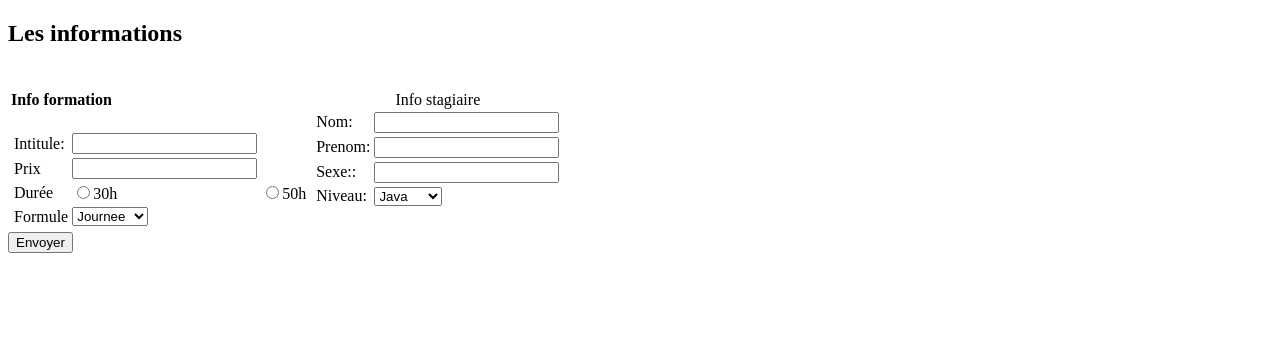
Repository: imouahrani/Gestion-des-stagiaires_JAVAEE
Page: http://localhost/TestProject/Formation.jsp
These files come from the project's save history. The page is drawn as it stood at one moment and after the next save; the edit follows.
The browser window is 1280 px wide. The pictures show the whole page.
The page is served by Tomcat 9. Other server files are loaded and not shown. The template is opened directly, without the code that normally fills it, so the values that code supplies are empty.

Above is the page before, as saved 2018-08-01 13:00:07.

### Formation Java Entreprise Edition/TestProject/WebContent/Formation.jsp
<%@ page language="java" contentType="text/html; charset=UTF-8"
	pageEncoding="UTF-8"%>
	<%@ page import="dz.TestProject.bean.*" %>
<!DOCTYPE html PUBLIC "-//W3C//DTD HTML 4.01 Transitional//EN" "http://www.w3.org/TR/html4/loose.dtd">
<html>
<head>
<meta http-equiv="Content-Type" content="text/html; charset=UTF-8">
<title>Insert title here</title>
</head>
<body>

	<b style="color: red"> <%
 	String message = (String) request.getAttribute("m");
 	if (message != null)
 		out.println(message);
 %>


	</b>


	<h2>Les informations</h2>

	<form action="TraiteFormation" method="post">
		<table>
			<tr>
				<td>
					<h4>Info formation</h4>

					<table>

						<tr>
							<td>Intitule:</td>
							<td><input type="text" name="intitule"></td>


						</tr>
                     <tr>
							<td>Prix</td>
							<td><input type="text" name="prix"></td>


						</tr>
						<tr>
							<td>Durée</td>
							<td><input type="radio" name="duree">30h</td>
					         <td><input type="radio" name="duree">50h</td>



						</tr>

						<tr>
							<td>Formule</td>
							<td>

							<select name = "formule">
							<option>Journee</option>
							<option>Soir</option>
							<option>weekend</option>






							</select>







							</td>


						</tr>






					</table>







				</td>


				<td>


				<table>


					<caption>Info stagiaire</caption>


<tr>
							<td>Nom:</td>
							<td><input type="text" name="nom"></td>


						</tr>
<tr>
							<td>Prenom:</td>
							<td><input type="text" name="prenom"></td>


						</tr>

<tr>
							<td>Sexe::</td>
							<td><input type="text" name="sexe"></td>


						</tr>
<tr>
							<td>Niveau:</td>
							<td>

							<select name="f">
							<option>Java</option>
							<option>Python</option>
							<option>JavaEE</option>






							</select>







							</td>


						</tr>

















				</table>













				</td>

			</tr>





</table>
<input type="submit" value="Envoyer">
</form>

</body>
</html>

After the next save:
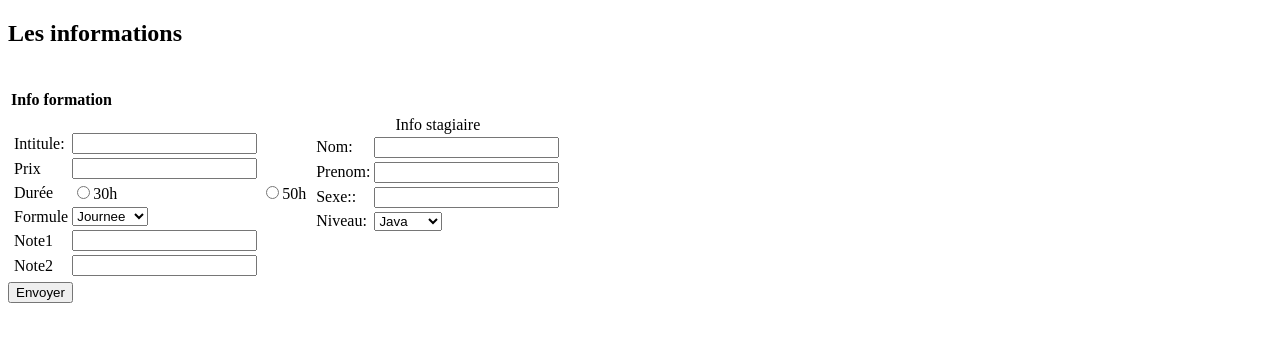
Saved 3 min 22 s later.
--- a/Formation Java Entreprise Edition/TestProject/WebContent/Formation.jsp
+++ b/Formation Java Entreprise Edition/TestProject/WebContent/Formation.jsp
@@ -77,8 +77,20 @@
 
 						</tr>
 
-
-
+<tr>
+							<td>Note1</td>
+							<td><input type="number" name="note1"></td>
+
+
+
+						</tr>
+<tr>
+							<td>Note2</td>
+							<td><input type="number" name="note2"></td>
+
+
+
+						</tr>
 
 
 
